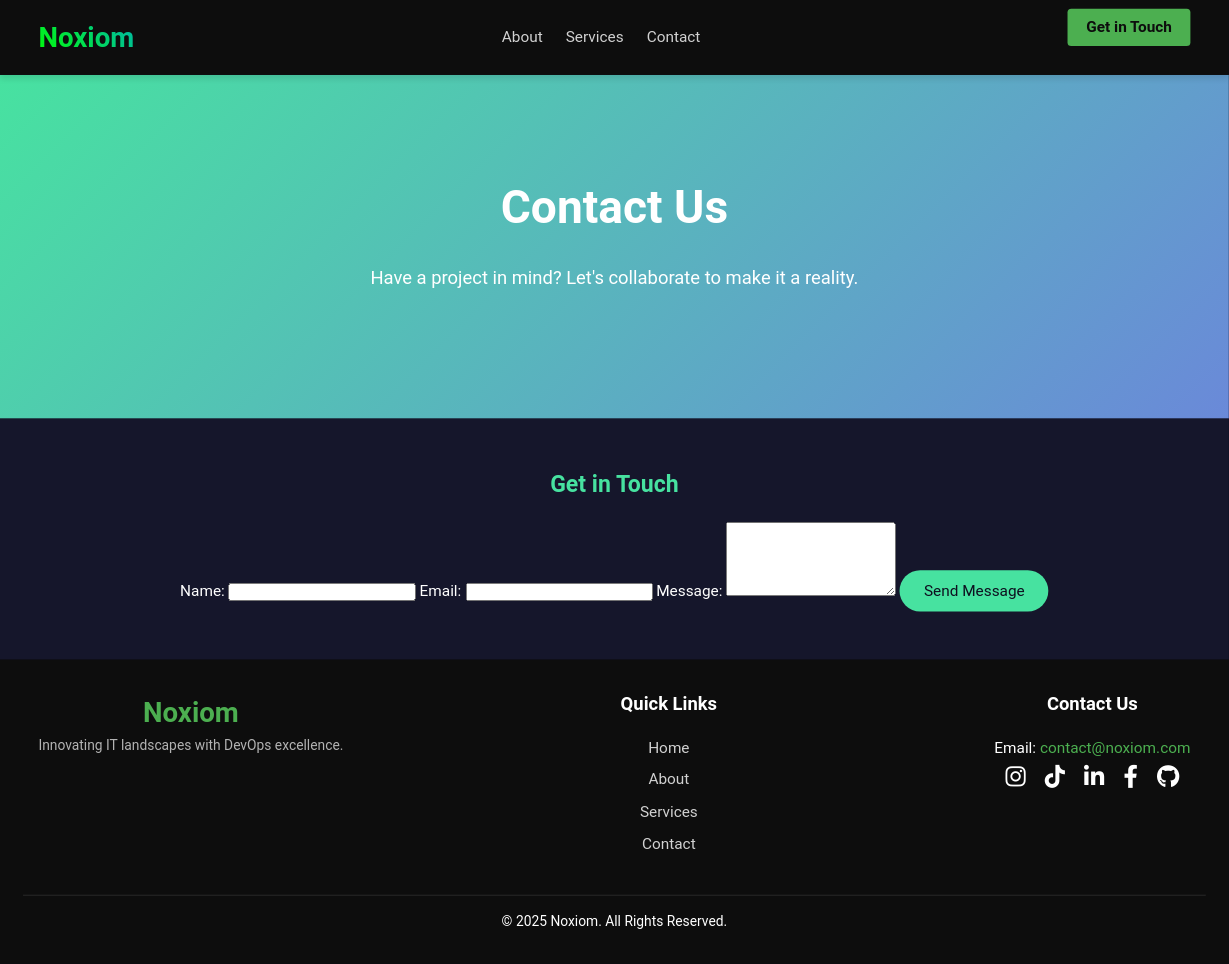
Repository: samoshi/samoshi.github.io
Page: contact.html
These files come from the project's save history. The page is drawn as it stood at one moment and after the next save; the edit follows.
The browser window is 1280 px wide. The pictures show the whole page, at 96% of full size.

Above is the page before, as saved 2024-12-10 17:13:04.

### contact.html
<!DOCTYPE html>
<html lang="en">
  <head>
    <meta charset="UTF-8" />
    <meta name="viewport" content="width=device-width, initial-scale=1.0" />
    <title>Contact Us | Noxiom</title>
    <link rel="stylesheet" href="styles.css" />
    <link
      href="https://cdnjs.cloudflare.com/ajax/libs/font-awesome/6.0.0/css/all.min.css"
      rel="stylesheet"
    />
  </head>
  <body>
    <header>
      <div class="header-container">
        <a href="index.html" class="logo">
          <h1>Noxiom</h1>
        </a>
        <nav class="nav-links">
          <ul>
            <li><a href="about.html">About</a></li>
            <li><a href="services.html">Services</a></li>
            <li><a href="contact.html">Contact</a></li>
          </ul>
        </nav>
        <div class="cta">
          <a href="contact.html" class="button">Get in Touch</a>
        </div>
      </div>
    </header>

    <main>
      <section class="hero">
        <h1>Contact Us</h1>
        <p>Have a project in mind? Let's collaborate to make it a reality.</p>
      </section>

      <section class="features">
        <h2>Get in Touch</h2>
        <form action="#" method="post" class="contact-form">
          <label for="name">Name:</label>
          <input type="text" id="name" name="name" required />

          <label for="email">Email:</label>
          <input type="email" id="email" name="email" required />

          <label for="message">Message:</label>
          <textarea id="message" name="message" rows="5" required></textarea>

          <button type="submit" class="cta-button">Send Message</button>
        </form>
      </section>
      <div id="footer"></div>
      <script>
        // Fetch and load the footer
        fetch("footer.html")
          .then((response) => response.text())
          .then((data) => {
            // Insert the fetched footer into the #footer container
            document.getElementById("footer").innerHTML = data;

            // Ensure the script runs only after the footer has been added to the DOM
            const currentPage = window.location.pathname.split("/").pop(); // Get the current file name
            const quickLinks = document.querySelectorAll("#quick-links a"); // Select all quick links in the footer

            // Iterate through all links and hide the one matching the current page
            quickLinks.forEach((link) => {
              if (link.getAttribute("href") === currentPage) {
                link.style.display = "none"; // Hide the current page link
              }
            });
          })
          .catch((error) => console.error("Error loading footer:", error));
      </script>

  </body>
</html>

### styles.css
/* General Reset */
* {
    margin: 0;
    padding: 0;
    box-sizing: border-box;
    font-family: 'Roboto', sans-serif;
    color: #ffffff;
}

body {
    background: #0e0f1f; /* Deep dark background for a modern feel */
    color: #d1d1d1;     /* Neutral text color */
    line-height: 1.6;
}


/* General Header Styles */
header {
    background-color: #0d0d0d;
    color: #d1d1d1;
    padding: 1rem 1.5rem;
    position: sticky;
    top: 0;
    z-index: 1000;
    box-shadow: 0 4px 6px rgba(0, 0, 0, 0.1);
    display: flex;
    align-items: center;
    justify-content: space-between;
}

/* Logo Styles */
.logo {
    text-decoration: none;
    position: relative;
    display: inline-block;
    font-weight: 600;
    overflow: hidden;
}

/* Logo Text */
.logo h1 {
    font-size: 1.8rem;
    margin: 0;
    position: relative;
    color: transparent; /* Make the text color transparent so the gradient shows through */
    background: linear-gradient(45deg, #00ff00, #00b3b3); /* Neon green gradient */
    -webkit-background-clip: text; /* Use the background clip effect to clip the gradient to the text */
    background-clip: text;
    transition: all 0.4s ease;
}

/* Underline Animation */
.logo::after {
    content: '';
    position: absolute;
    bottom: 0;
    left: 0;
    width: 0;
    height: 2px;
    background-color: #00ff00; /* Neon green underline */
    transition: width 0.4s ease;
}

/* Hover Effect: Apply neon green fill and underline */
.logo:hover h1 {
    color: transparent; /* Keep text color transparent to show the gradient */
}

.logo:hover::after {
    width: 100%; /* Full underline on hover */
}

/* Navigation Styles */
.nav-links {
    display: flex;
    align-items: center;
}

.header-container {
    max-width: 1200px;
    margin: 0 auto;
    display: flex;
    justify-content: space-between;
    width: 100%;
}

.cta a {
    text-decoration: none;
    color: white;
    background-color: #00b3b3;
    padding: 10px 20px;
    border-radius: 5px;
    transition: background-color 0.3s ease;
}

.cta a:hover {
    background-color: #00ff00;
}



/* General Navigation Styles */
.nav-links ul {
    list-style: none;
    display: flex;
    gap: 1.5rem;
    margin: 0;
    padding: 0;
}

.nav-links a {
    text-decoration: none;
    color: #d1d1d1;
    font-size: 1rem;
    position: relative;
    transition: color 0.3s;
}

/* Hover effect for the links */
.nav-links a::after {
    content: '';
    position: absolute;
    width: 0;
    height: 2px;
    bottom: 0;
    left: 0;
    background: linear-gradient(135deg, #47e2a0, #6a89d9);
    transition: width 0.3s ease;
}

/* Change text color and fill the gradient on hover */
.nav-links a:hover {
    color: #4caf50;
}

.nav-links a:hover::after {
    width: 100%;
}


/* Call-to-Action Button */
.cta .button {
    background-color: #4caf50;
    color: #0d0d0d;
    padding: 0.6rem 1.2rem;
    text-decoration: none;
    border-radius: 4px;
    font-size: 1rem;
    font-weight: bold;
    transition: background-color 0.3s, transform 0.3s;
}

.cta .button:hover {
    background-color: #3d9140;
    transform: scale(1.05);
}


/* Hero Section */
.hero {
    text-align: center;
    padding: 100px 20px;
    background: linear-gradient(135deg, #47e2a0, #6a89d9);
    color: #ffffff;
}

.hero h1 {
    font-size: 3em;
    margin-bottom: 20px;
}

.hero p {
    font-size: 1.2em;
    margin-bottom: 30px;
}

.cta-button {
    display: inline-block;
    padding: 12px 25px;
    font-size: 1em;
    color: #0e0f1f;
    background: #47e2a0;
    border: none;
    border-radius: 25px;
    text-decoration: none;
    transition: background 0.3s;
}

.cta-button:hover {
    background: #36b982;
}

/* Features Section */
.features {
    padding: 50px 10%;
    background: #15162b;
    text-align: center;
}

.features h2 {
    margin-bottom: 20px;
    color: #47e2a0;
}

.feature-grid {
    display: grid;
    grid-template-columns: repeat(auto-fit, minmax(300px, 1fr));
    gap: 20px;
    margin-top: 30px;
}

.feature-item {
    background: #202244;
    padding: 20px;
    border-radius: 10px;
    box-shadow: 0px 4px 10px rgba(0, 0, 0, 0.5);
    transition: transform 0.3s;
}

.feature-item h3 {
    color: #6a89d9;
    margin-bottom: 10px;
}

.feature-item p {
    color: #c2c2c2;
}

.feature-item:hover {
    transform: translateY(-5px);
}

/* Call-to-Action Section */
.call-to-action {
    padding: 50px 10%;
    text-align: center;
    background: linear-gradient(135deg, #6a89d9, #47e2a0);
}

.call-to-action h2 {
    font-size: 2.5em;
    margin-bottom: 20px;
}

.call-to-action p {
    font-size: 1.2em;
    margin-bottom: 30px;
}

.call-to-action .cta-button {
    color: #ffffff;
    background: #0e0f1f;
}

/* Responsiveness */
@media (max-width: 768px) {
    header {
        flex-direction: column;
        align-items: flex-start;
    }

    .hero h1 {
        font-size: 2.5em;
    }

    .hero p {
        font-size: 1em;
    }
}

/* Footer */
footer {
    background-color: #0d0d0d;
    color: #d1d1d1;
    padding: 2rem 1.5rem;
    text-align: center;
    font-family: 'Poppins', sans-serif;
}

.footer-container {
    display: flex;
    flex-wrap: wrap;
    justify-content: space-between;
    gap: 2rem;
    max-width: 1200px;
    margin: 0 auto;
}

.footer-logo h2 {
    font-size: 1.8rem;
    color: #4caf50;
}

.footer-logo p {
    font-size: 0.9rem;
    color: #b3b3b3;
}

.footer-links h3,
.footer-contact h3 {
    font-size: 1.2rem;
    margin-bottom: 1rem;
    color: #ffffff;
}

.footer-links ul {
    list-style: none;
    padding: 0;
}

.footer-links li {
    margin: 0.5rem 0;
}

.footer-links a {
    color: #d1d1d1;
    text-decoration: none;
    transition: color 0.3s;
}

.footer-links a:hover {
    color: #4caf50;
}

.footer-contact a {
    color: #4caf50;
    text-decoration: none;
    transition: color 0.3s;
}

.footer-contact a:hover {
    color: #d1d1d1;
}

.footer-socials a {
    color: #d1d1d1;
    font-size: 1.5rem;
    margin: 0 0.5rem;
    transition: color 0.3s, transform 0.3s;
}

.footer-socials a:hover {
    color: #4caf50;
    transform: scale(1.1);
}

.footer-bottom {
    margin-top: 2rem;
    font-size: 0.9rem;
    color: #7a7a7a;
    border-top: 1px solid #2a2a2a;
    padding-top: 1rem;
}

### footer.html
<footer>
  <div class="footer-container">
    <div class="footer-logo">
      <h2>Noxiom</h2>
      <p>Innovating IT landscapes with DevOps excellence.</p>
    </div>

    <div class="footer-links">
      <h3>Quick Links</h3>
      <ul>
        <li><a href="index.html">Home</a></li>
        <li><a href="about.html">About</a></li>
        <li><a href="services.html">Services</a></li>
        <li><a href="contact.html">Contact</a></li>
      </ul>
    </div>

    <div class="footer-contact">
      <h3>Contact Us</h3>
      <p>Email: <a href="mailto:contact@noxiom.com">contact@noxiom.com</a></p>
      <div class="footer-socials">
        <a
          href="https://www.instagram.com/noxiom_official/"
          target="_blank"
          aria-label="Instagram"
          ><i class="fab fa-instagram"></i
        ></a>
        <a
          href="https://www.tiktok.com/@noxiom_official?lang=en"
          target="_blank"
          aria-label="TikTok"
          ><i class="fab fa-tiktok"></i
        ></a>
        <a
          href="https://www.linkedin.com/company/noxiom"
          target="_blank"
          aria-label="LinkedIn"
          ><i class="fab fa-linkedin-in"></i
        ></a>
        <a
          href="https://www.facebook.com/profile.php?id=61570501284512"
          target="_blank"
          aria-label="Facebook"
          ><i class="fab fa-facebook-f"></i
        ></a>
        <a
          href="https://github.com/noxiom"
          target="_blank"
          aria-label="GitHub (future)"
          ><i class="fab fa-github"></i
        ></a>
      </div>
    </div>
  </div>
  <div class="footer-bottom">
    <p>© 2025 Noxiom. All Rights Reserved.</p>
  </div>
</footer>

After the next save:
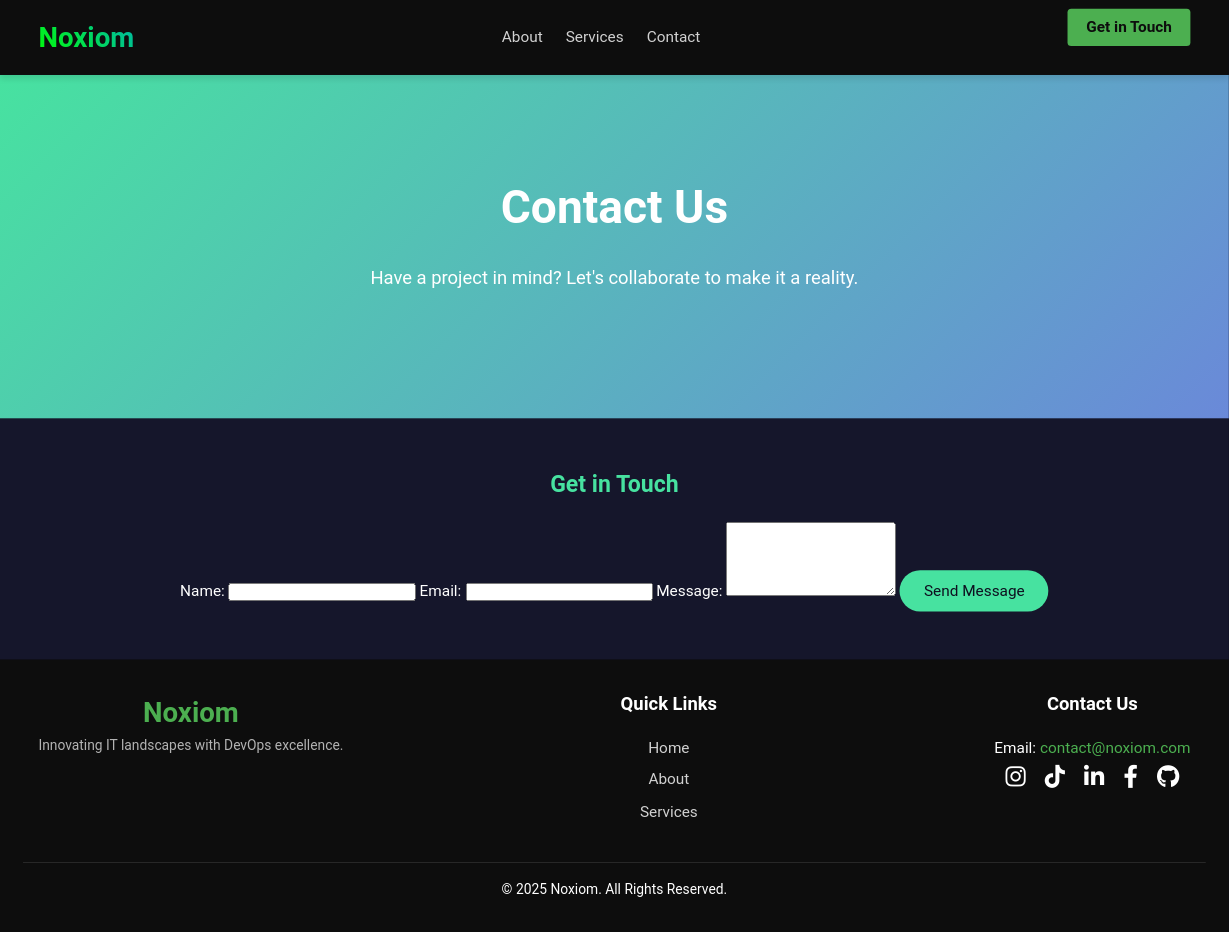
Saved 106 s later.
--- a/contact.html
+++ b/contact.html
@@ -52,26 +52,29 @@
       </section>
       <div id="footer"></div>
       <script>
-        // Fetch and load the footer
+        // Fetch the footer and insert it into the page
         fetch("footer.html")
           .then((response) => response.text())
           .then((data) => {
-            // Insert the fetched footer into the #footer container
+            // Insert the fetched footer into the page
             document.getElementById("footer").innerHTML = data;
 
-            // Ensure the script runs only after the footer has been added to the DOM
-            const currentPage = window.location.pathname.split("/").pop(); // Get the current file name
-            const quickLinks = document.querySelectorAll("#quick-links a"); // Select all quick links in the footer
+            // Get the current page file name
+            const currentPage = window.location.pathname.split("/").pop();
 
-            // Iterate through all links and hide the one matching the current page
+            // Select all quick links in the footer
+            const quickLinks = document.querySelectorAll(".footer-links ul li a");
+
+            // Hide the link that matches the current page
             quickLinks.forEach((link) => {
               if (link.getAttribute("href") === currentPage) {
-                link.style.display = "none"; // Hide the current page link
+                link.parentElement.style.display = "none"; // Hide the list item
               }
             });
           })
           .catch((error) => console.error("Error loading footer:", error));
       </script>
 
+
   </body>
 </html>
